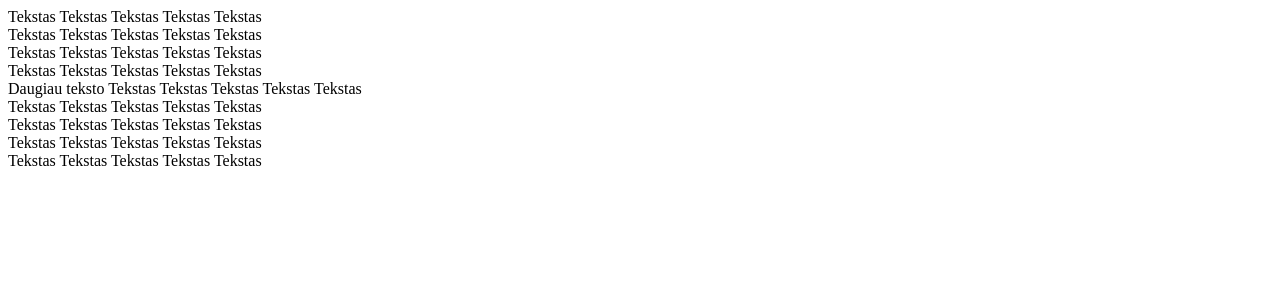
Repository: motiejus1/01-paskait
Page: pirmas.html
An editor plug-in stored every save of this project. The page is shown before and after the next save, followed by the edit.
The browser window is 1280 px wide. The pictures show the whole page.

Above is the page before, as saved 2021-05-31 20:20:22.

### pirmas.html
<!DOCTYPE html>

<html lang="en">
    <head>
        <meta charset="UTF-8">
        <meta http-equiv="X-UA-Compatible" content="IE=edge">
        <meta name="viewport" content="width=device-width, initial-scale=1.0">
        <title>Pirma paskaita</title>
    </head>

    <body>



        Tekstas Tekstas Tekstas Tekstas Tekstas<br>
        Tekstas Tekstas Tekstas Tekstas Tekstas<br>
        Tekstas Tekstas Tekstas Tekstas Tekstas<br>
        Tekstas Tekstas Tekstas Tekstas Tekstas<br>

        Daugiau teksto


        Tekstas Tekstas Tekstas Tekstas Tekstas<br>
        Tekstas Tekstas Tekstas Tekstas Tekstas<br>
        Tekstas Tekstas Tekstas Tekstas Tekstas<br>
        Tekstas Tekstas Tekstas Tekstas Tekstas<br>

        Tekstas Tekstas Tekstas Tekstas Tekstas<br>
    </body>

</html>

After the next save:
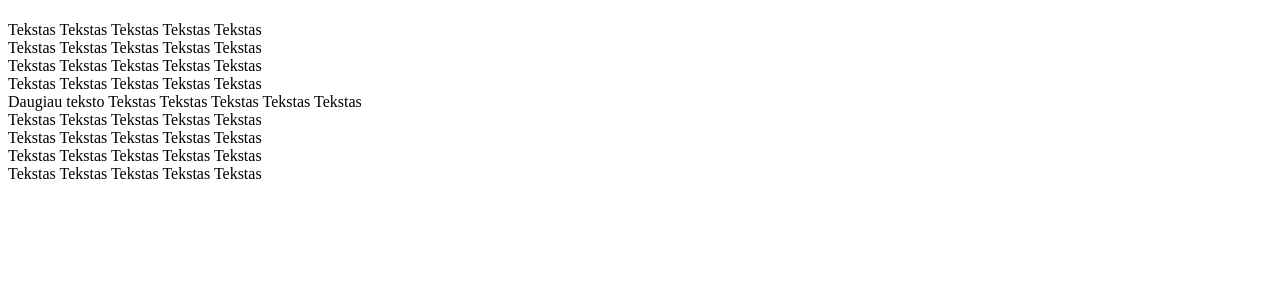
Saved 8 s later.
--- a/pirmas.html
+++ b/pirmas.html
@@ -10,7 +10,7 @@
 
     <body>
 
-
+        <h1></h1>
 
         Tekstas Tekstas Tekstas Tekstas Tekstas<br>
         Tekstas Tekstas Tekstas Tekstas Tekstas<br>
